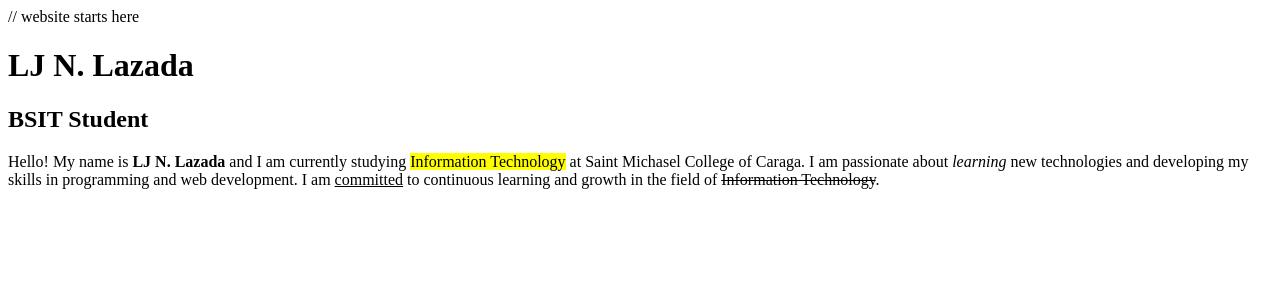
Repository: ljlazada11/myfirsthtml
Page: index.html
These files come from the project's save history. The page is drawn as it stood at one moment and after the next save; the edit follows.
The browser window is 1280 px wide. The pictures show the whole page.

Above is the page before, as saved 2026-06-24 18:59:05.

After the next save:
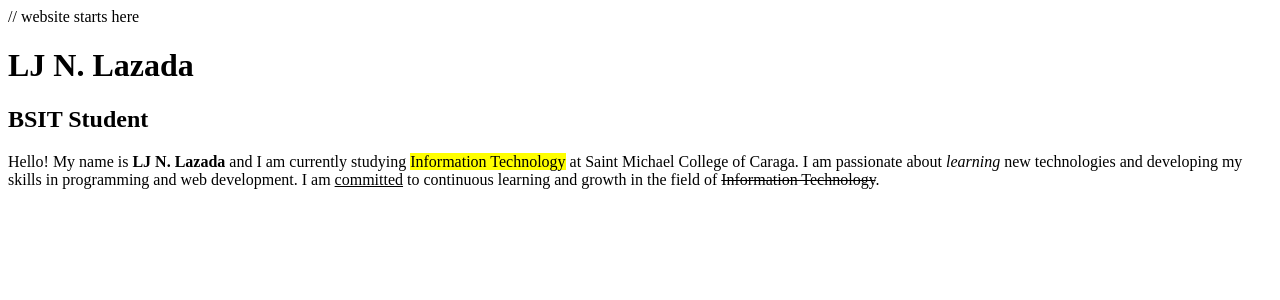
Saved 24 s later.
--- a/index.html
+++ b/index.html
@@ -11,6 +11,6 @@
 <body>
     <h1>LJ N. Lazada</h1>
     <h2>BSIT Student</h2>
-    <p>Hello! My name is <strong>LJ N. Lazada</strong> and I am currently studying <mark>Information Technology</mark> at Saint Michasel College of Caraga. I am passionate about <i>learning</i> new technologies and developing my skills in programming and web development. I am <ins>committed</ins> to continuous learning and growth in the field of <del>Information Technology</del>.</p>
+    <p>Hello! My name is <strong>LJ N. Lazada</strong> and I am currently studying <mark>Information Technology</mark> at Saint Michael College of Caraga. I am passionate about <i>learning</i> new technologies and developing my skills in programming and web development. I am <ins>committed</ins> to continuous learning and growth in the field of <del>Information Technology</del>.</p>
 </body>
 </html>
